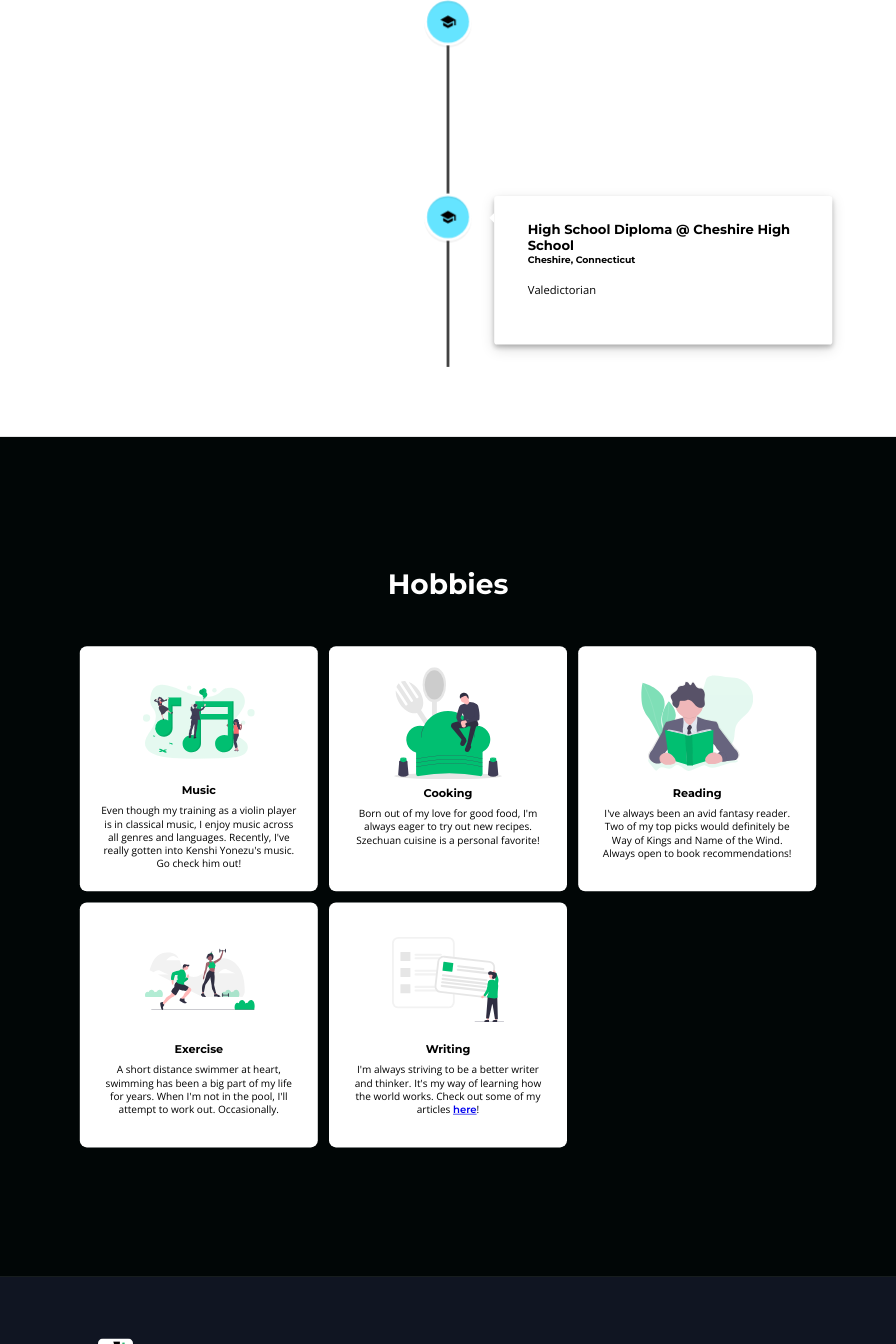
Repository: icer6683/Website
Page: /
These files come from the project's save history. The page is drawn as it stood at one moment and after the next save; the edit follows.
The browser window is 1280 px wide. The pictures show the part of the page from y = 3363 to 5283 px (the page is 5393 px tall before and 5368 px after), at 70% of full size.
The project was rebuilt for these pictures with package versions that can differ from the ones it lists, and the page was loaded fresh each time. Also part of the build but not shown: src/Components/ContactMe/ContactMeElements.js, src/Components/ContactMe/index.js, src/Pages/contactme.js. Imported but missing from the stored project, and not drawn on this page: src/Video/video.mp4.

Above is the page before, as saved 2025-01-24 23:58:07.

After the next save:
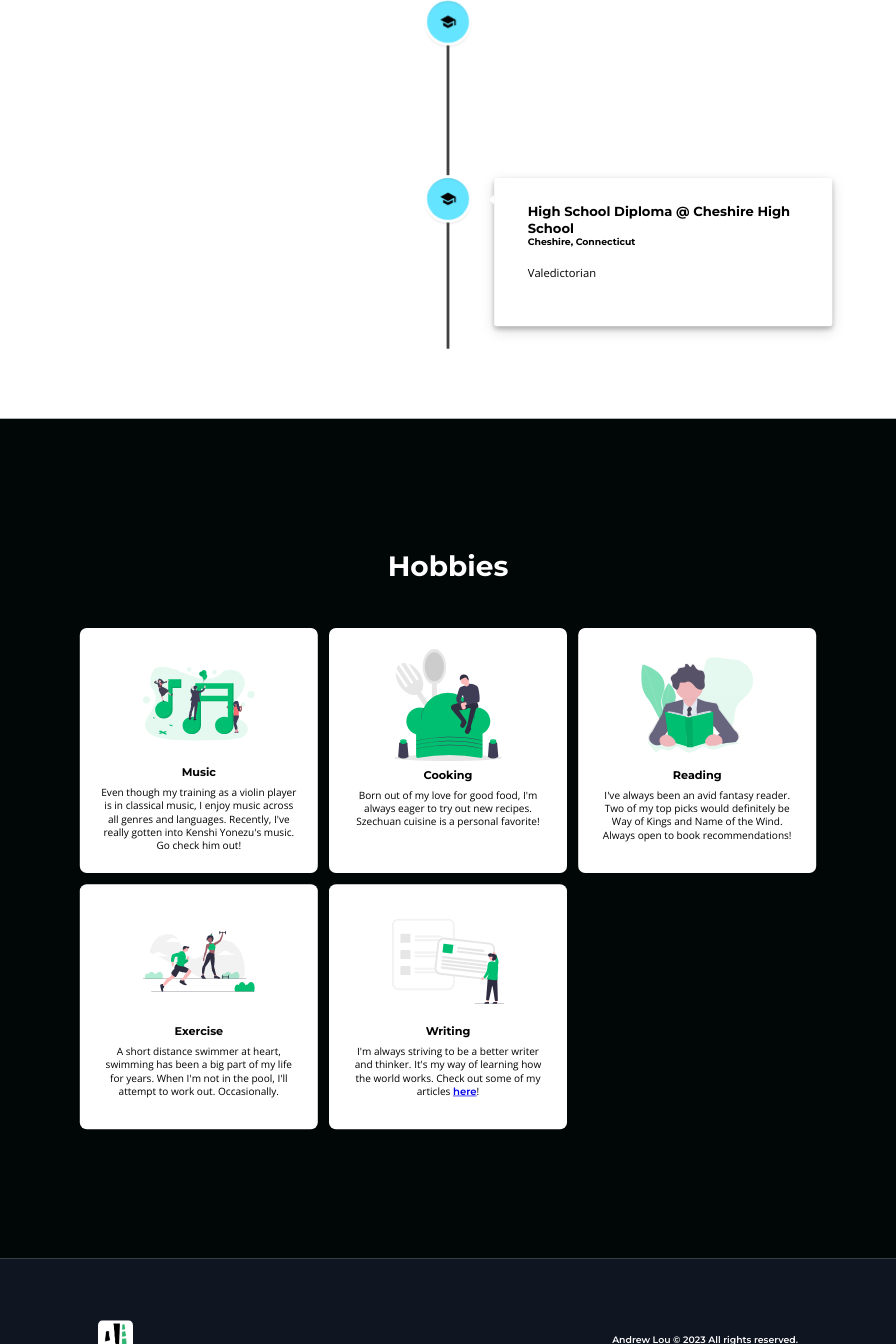
Saved 95 s later.
--- a/src/Components/Timeline/TimelineElements.js
+++ b/src/Components/Timeline/TimelineElements.js
@@ -5,7 +5,7 @@ let TimelineElements = [
         id: 1,
         title: "Summer Internship @ Guggenheim Securities",
         location: "New York, New York",
-        description: "In the Restructuring Advisory Group",
+        description: "Restructuring Advisory Group",
         icon: "work",
     },
     {
@@ -19,7 +19,7 @@ let TimelineElements = [
         id: 3,
         title: "Started at Wharton",
         location: "Philadelphia, Pennsylvania",
-        description: "Dual degree in Finance/Statistics and Computer Science",
+        description: "Finance/Statistics and Master's in Computer Science",
         icon: "school",
     },
     {
